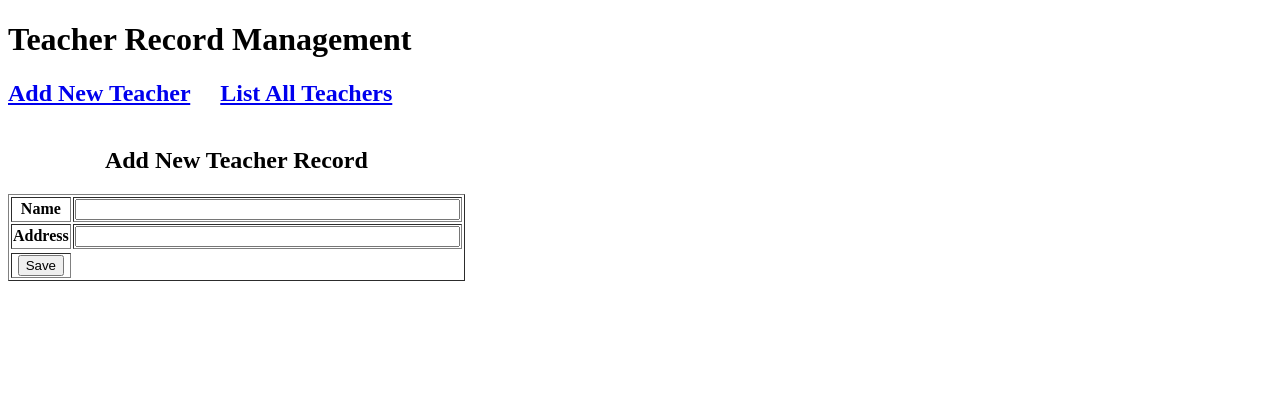
Repository: ashkumar661/Phase-2-Project
Page: http://localhost/crud-example/teacher-form.jsp
These files come from the project's save history. The page is drawn as it stood at one moment and after the next save; the edit follows.
The browser window is 1280 px wide. The pictures show the whole page.
The page is served by Tomcat 9. Other server files are loaded and not shown.

Above is the page before, as saved 2022-05-15 04:11:35.

### crud-example/src/main/webapp/teacher-form.jsp
<%@ page language="java" contentType="text/html; charset=ISO-8859-1"
    pageEncoding="ISO-8859-1"%>
    <%@ taglib uri="http://java.sun.com/jsp/jstl/core" prefix="c"%>
<!DOCTYPE html>
<html>
<head>
<meta charset="ISO-8859-1">
<title>Learner's Academy</title>
</head>
<body>
<h1>Teacher Record Management</h1>
	<h2>
		<a href="<%=request.getContextPath()%>/newTeacher">Add New Teacher</a>
		&nbsp;&nbsp;&nbsp; <a href="<%=request.getContextPath()%>/listTeacher">List
			All Teachers</a>

	</h2>
	<c:if test="${userTeacher != null}">
		<form action="updateTeacher" method="post">
	</c:if>
	<c:if test="${userTeacher == null}">
		<form action="insertTeacher" method="post">
	</c:if>
	<table border="1">
		<caption>
			<h2>
				<c:if test="${userTeacher != null}">
                        Edit Teacher Record
                    </c:if>
				<c:if test="${userTeacher == null}">
                        Add New Teacher Record
                    </c:if>
			</h2>
		</caption>
		<c:if test="${userTeacher != null}">
			<input type="text" name="id" value="<c:out value='${userTeacher.id}' />" />
		</c:if>
		<tr>
			<th>Name</th>
			<td><input type="text" name="name" size="45"
				value="<c:out value='${userTeacher.name}' />" /></td>
		</tr>
		<tr>
			<th>Address</th>
			<td><input type="text" name="address" size="45"
				value="<c:out value='${userTeacher.address}' />" /></td>
		</tr>
		<tr>
		<tr>
			<td align="center"><input type="submit" value="Save" /></td>
		</tr>
	</table>
	</form>
</body>
</html>

After the next save:
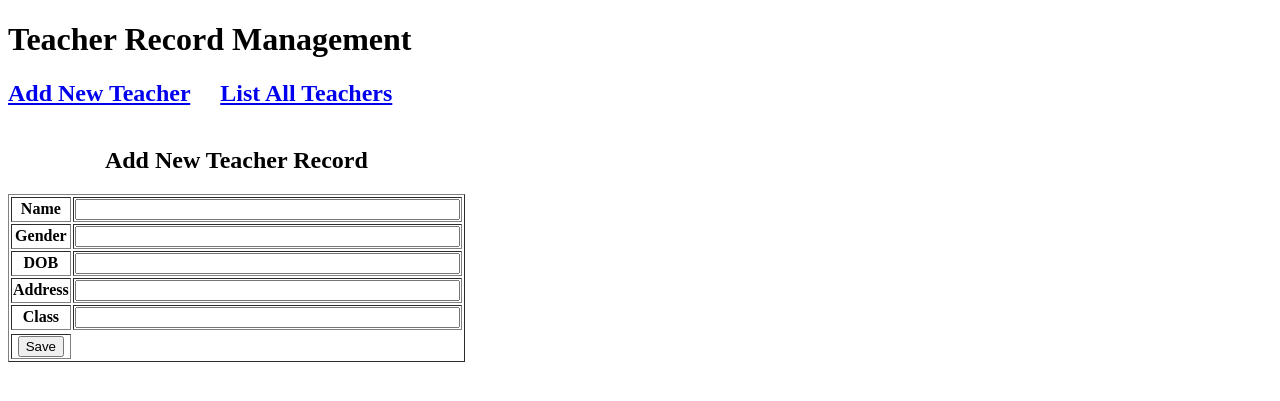
Saved 44 s later.
--- a/crud-example/src/main/webapp/teacher-form.jsp
+++ b/crud-example/src/main/webapp/teacher-form.jsp
@@ -41,9 +41,24 @@
 				value="<c:out value='${userTeacher.name}' />" /></td>
 		</tr>
 		<tr>
+			<th>Gender</th>
+			<td><input type="text" name="gender" size="45"
+				value="<c:out value='${userStudent.gender}' />" /></td>
+		</tr>
+		<tr>
+			<th>DOB</th>
+			<td><input type="text" name="dob" size="45"
+				value="<c:out value='${userStudent.dob}' />" /></td>
+		</tr>
+		<tr>
 			<th>Address</th>
 			<td><input type="text" name="address" size="45"
-				value="<c:out value='${userTeacher.address}' />" /></td>
+				value="<c:out value='${userStudent.address}' />" /></td>
+		</tr>
+		<tr>
+			<th>Class</th>
+			<td><input type="text" name="className" size="45"
+				value="<c:out value='${userStudent.className}' />" /></td>
 		</tr>
 		<tr>
 		<tr>
